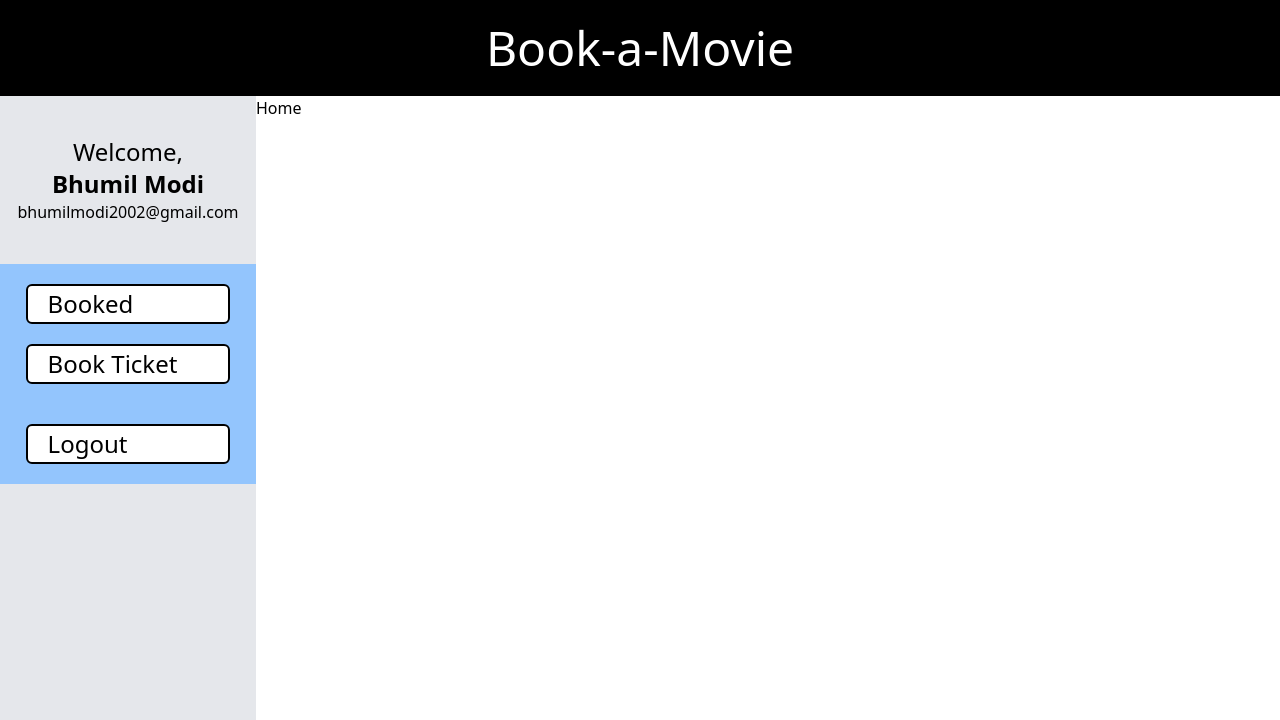
Repository: BhumilModi/movie-booking-app-assignment
Page: /Home
The author's editor kept a copy of each file at every save. The page is drawn from the files as they stood at one save, then again after the next save.
The browser window is 1280 px wide. The pictures show the whole page.
The project was rebuilt for these pictures with package versions that can differ from the ones it lists, and the page was loaded fresh each time. Also part of the build but not shown: src/App.css, src/components/Login.jsx, src/components/SignUp.jsx.

Above is the page before, as saved 2022-11-29 19:24:30.

### src/App.js
import { BrowserRouter, Route, Routes } from 'react-router-dom';
import './App.css';
import Home from './components/Home';
import Login from './components/Login';
import SignUp from './components/SignUp';
function App() {

  return (
    <BrowserRouter>
      <Routes>
        <Route path='/' element={<Login />} />
        <Route path='/signUp' element={<SignUp />} />
        <Route path='/Home' element={<Home />} />
      </Routes>
    </BrowserRouter>
  );
}

export default App;

### src/components/Home.jsx
import React from "react";
import Navbar from "./Navbar";
import Sidebar from "./Sidebar";

function Home() {
  return (
    <div className="h-screen flex flex-col">
      <Navbar />
      <div className="flex flex-1">
        <Sidebar />
        Home
      </div>
    </div>
  );
}

export default Home;

### src/components/Navbar.jsx
import React from "react";

function Navbar() {
  return (
    <div className="h-24 bg-black flex justify-center items-center w-full">
      <div className="text-white text-[48px]">Book-a-Movie</div>
    </div>
  );
}

export default Navbar;

### src/components/Sidebar.jsx
import React from "react";

function Sidebar() {
  return (
    <div className="w-1/5 h-full bg-gray-200">
      <div className="flex flex-col justify-center items-center my-10 px-10 ">
        <div className="text-2xl">Welcome,</div>
        <div className="text-2xl font-semibold">Bhumil Modi</div>
        <div className="text-md">bhumilmodi2002@gmail.com</div>
      </div>
      <div className="flex flex-col justify-between bg-blue-300">
        <div>
          <div className="bg-white w-[80%] mx-auto px-5 h-10 border-black border-2 rounded-md text-[24px] my-5">
            Booked
          </div>
          <div className="bg-white w-[80%] mx-auto px-5 h-10 border-black border-2 rounded-md text-[24px] my-5">
            Book Ticket
          </div>
        </div>
        <div className="bg-white w-[80%] mx-auto px-5 h-10 border-black border-2 rounded-md text-[24px] my-5">
          Logout
        </div>
      </div>
    </div>
  );
}

export default Sidebar;

Loaded but not shown: public/index.html (common file); src/index.js (common file); src/index.css (common file); tailwind.config.js (common file)

After the next save:
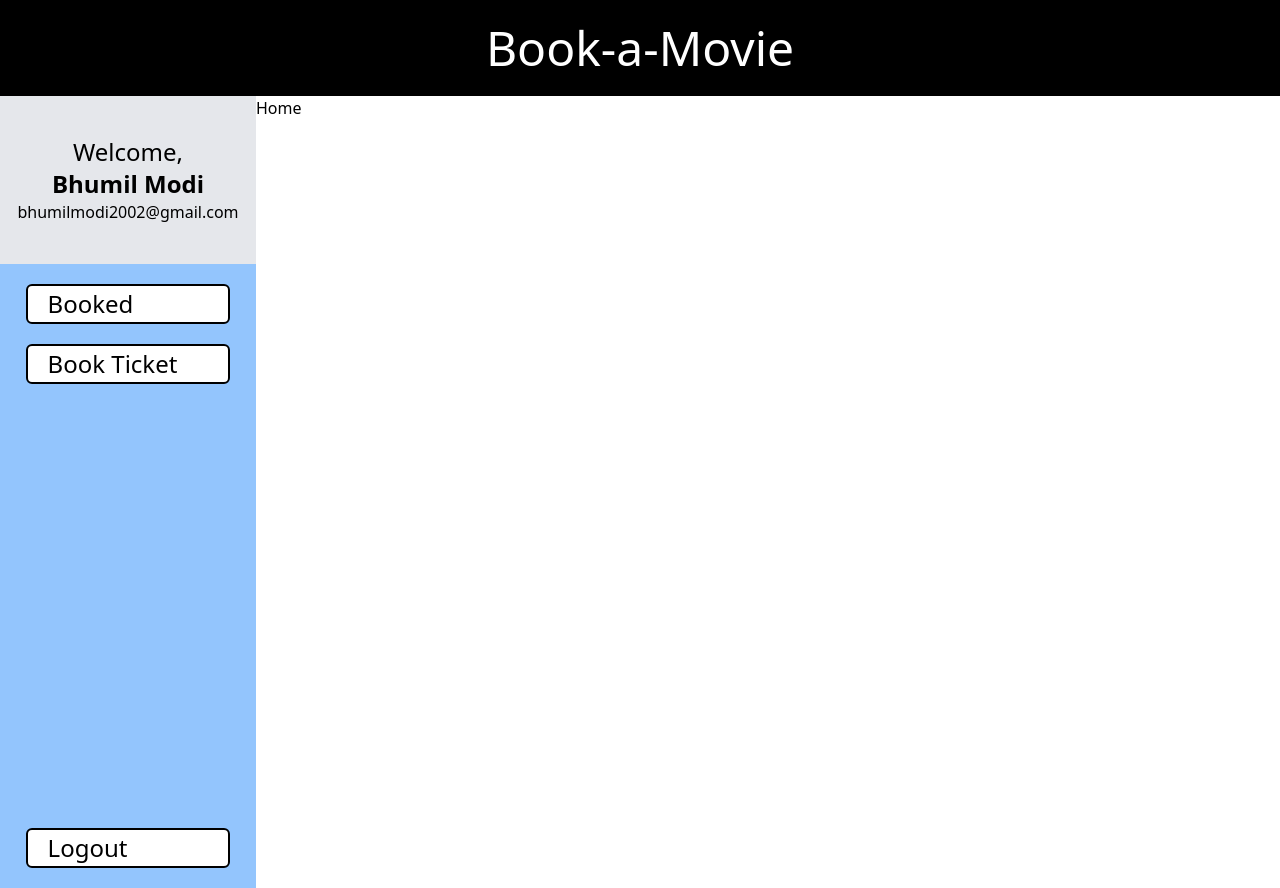
Saved 15 s later.
--- a/src/components/Sidebar.jsx
+++ b/src/components/Sidebar.jsx
@@ -8,7 +8,7 @@ function Sidebar() {
         <div className="text-2xl font-semibold">Bhumil Modi</div>
         <div className="text-md">bhumilmodi2002@gmail.com</div>
       </div>
-      <div className="flex flex-col justify-between bg-blue-300">
+      <div className="flex flex-col justify-between bg-blue-300 h-full">
         <div>
           <div className="bg-white w-[80%] mx-auto px-5 h-10 border-black border-2 rounded-md text-[24px] my-5">
             Booked
